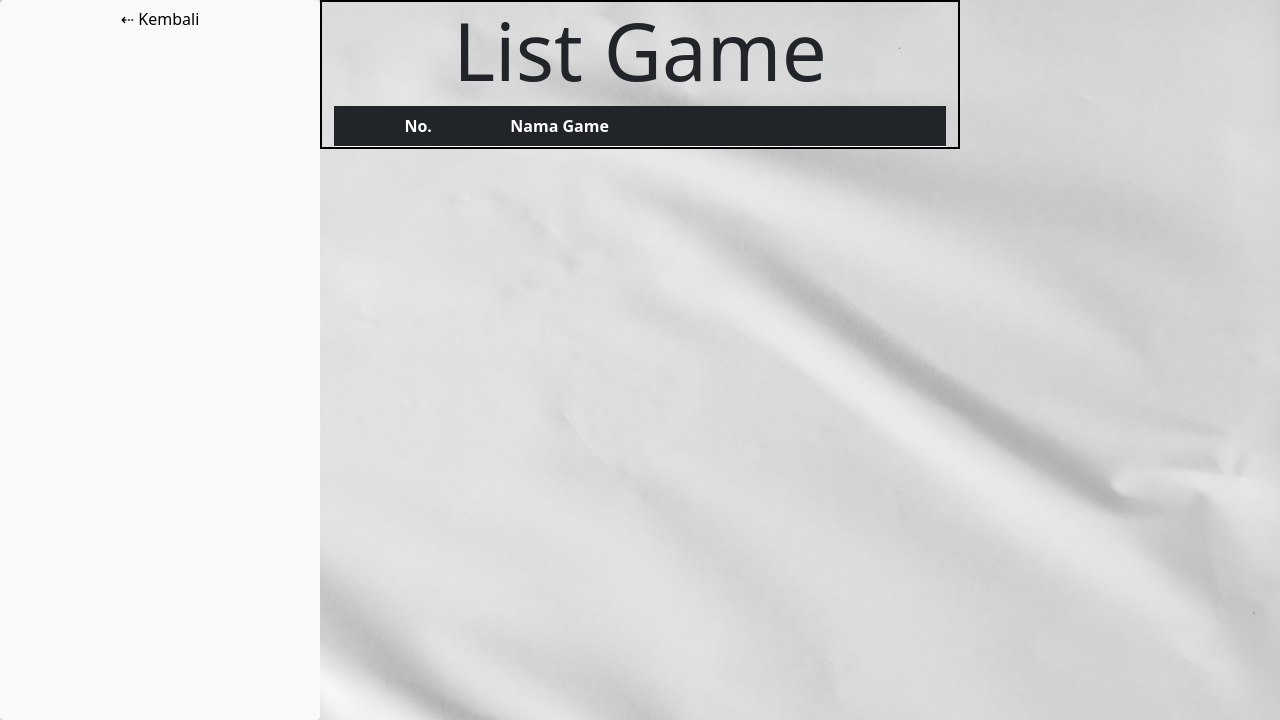
Repository: aqordeon/SPKWP
Page: http://localhost/listgame.php
The author's editor kept a copy of each file at every save. The page is drawn from the files as they stood at one save, then again after the next save.
The browser window is 1280 px wide. The pictures show the whole page.
The page is run by PHP 8.4 with error messages shown; the project is at /var/www/html/. Queries for data that is not in the repository find no rows.

Above is the page before, as saved 2021-01-13 23:08:15.

After the next save:
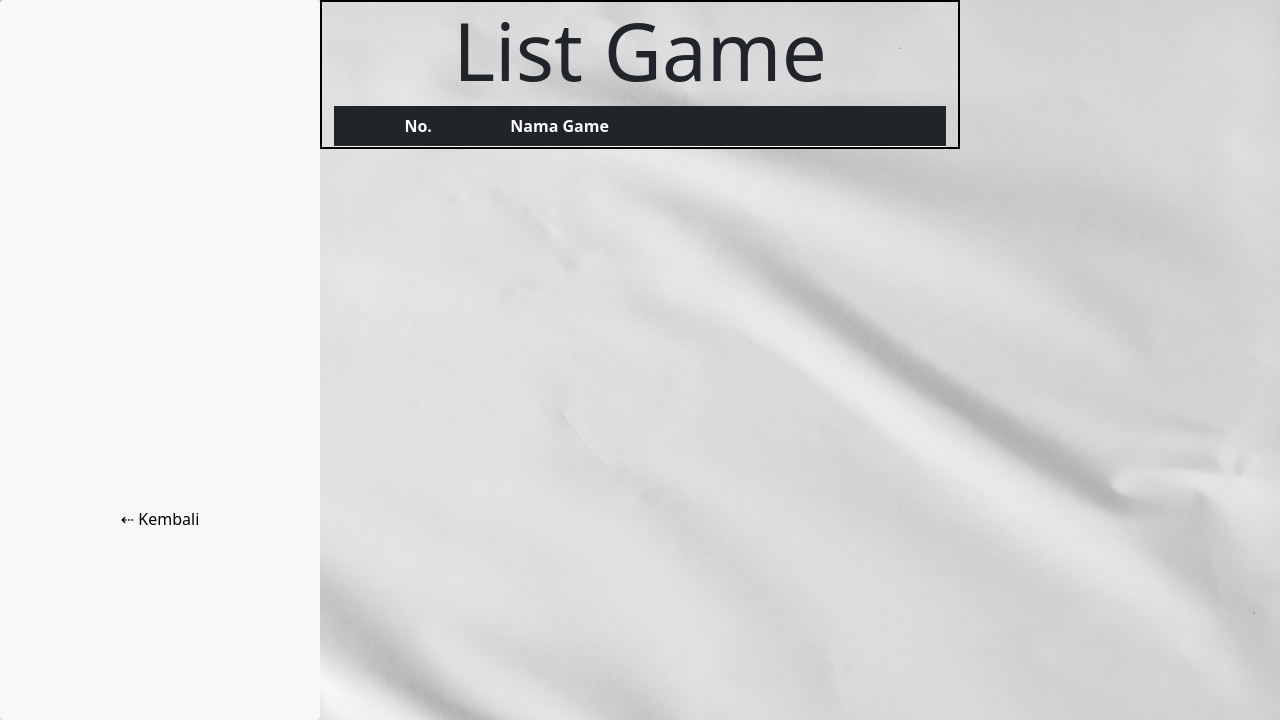
Saved 6 s later.
--- a/listgame.php
+++ b/listgame.php
@@ -22,7 +22,7 @@
 <body>
 
     <a href="index.php" class="btn btn-light" style="height: 100vh; width: 25vw; position: absolute; ">
-        <div style="margin-top: auto;">&#8672 Kembali</div>
+        <div style="margin-top: 500px;">&#8672 Kembali</div>
     </a>
     <div class="container" style="width: 50%; border: 2px solid black;">
         <h1 class="display-1" style="text-align: center;"><b>List Game</b></h1>
